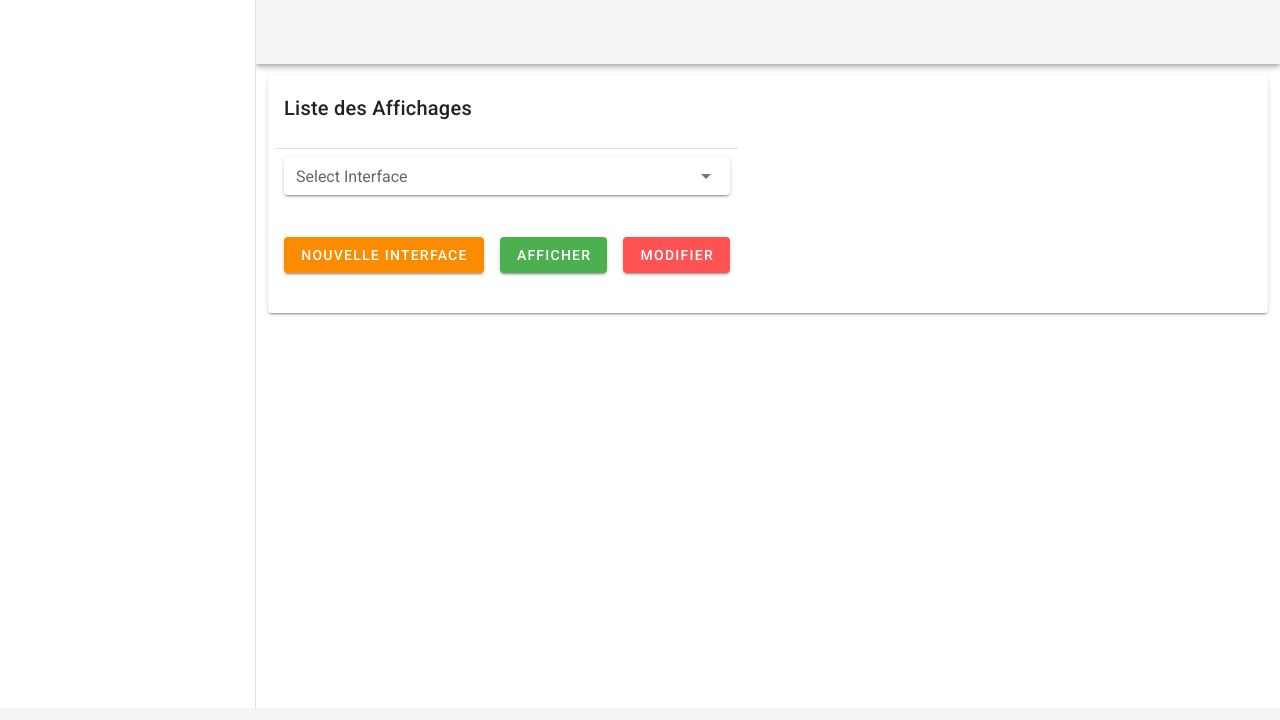
Repository: Hamagistral/BannerApp-Vue
Page: /
The author's editor kept a copy of each file at every save. The page is drawn from the files as they stood at one save, then again after a run of saves.
The browser window is 1280 px wide. The pictures show the whole page.
The project was rebuilt for these pictures with package versions that can differ from the ones it lists, and the page was loaded fresh each time. Also part of the build but not shown: vue.config.js. Imported but missing from the stored project, and not drawn on this page: src/DynamicPage.vue.

Above is the page before, as saved 2023-02-07 01:11:23.

After the next 3 saves:
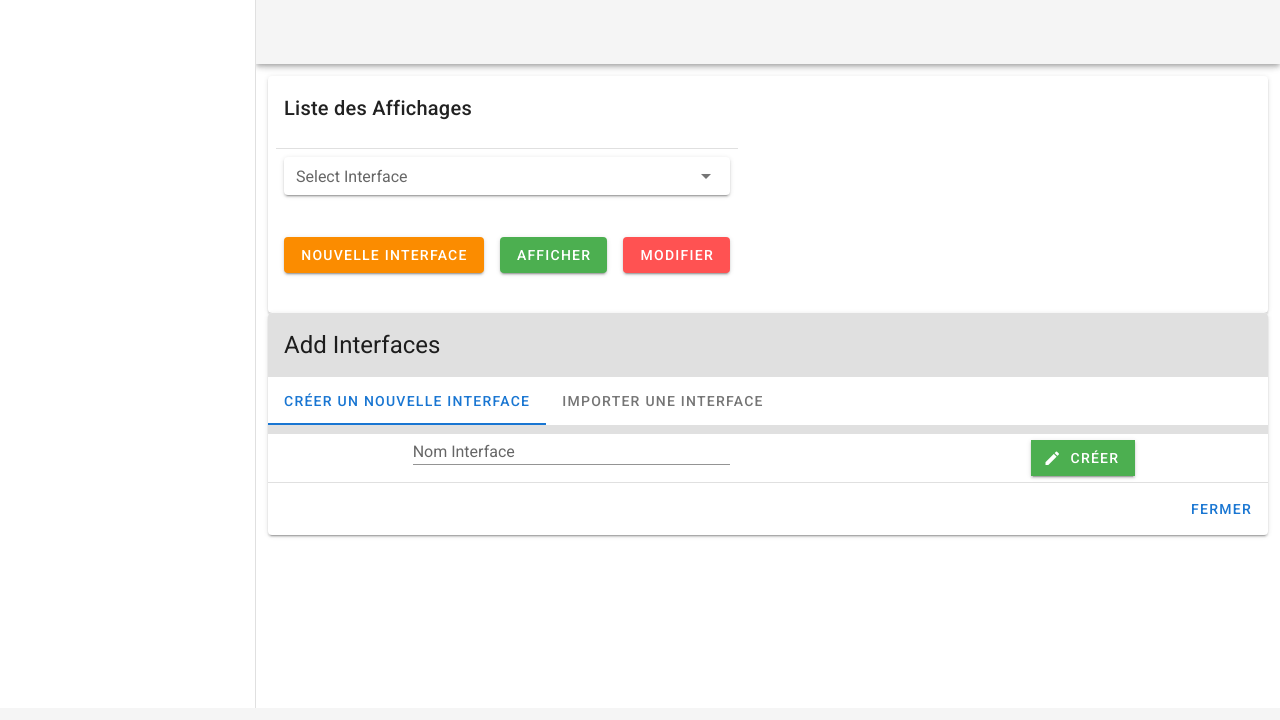
The 3 saves are shown as one change because 1 did not build or start and some came seconds apart.
The last was saved 49 s later.
--- a/src/Home.vue
+++ b/src/Home.vue
@@ -1,7 +1,7 @@
 <template>
   <div class="text-center">
-    <v-dialog v-model="dialog" width="800" persistent>
-      <template v-slot:activator="{ on, attrs }">
+
+      <template>
         <v-card class="mx-auto">
             <v-card-title color="warning" text>Liste des Affichages</v-card-title >
 

After the 4 saves that followed:
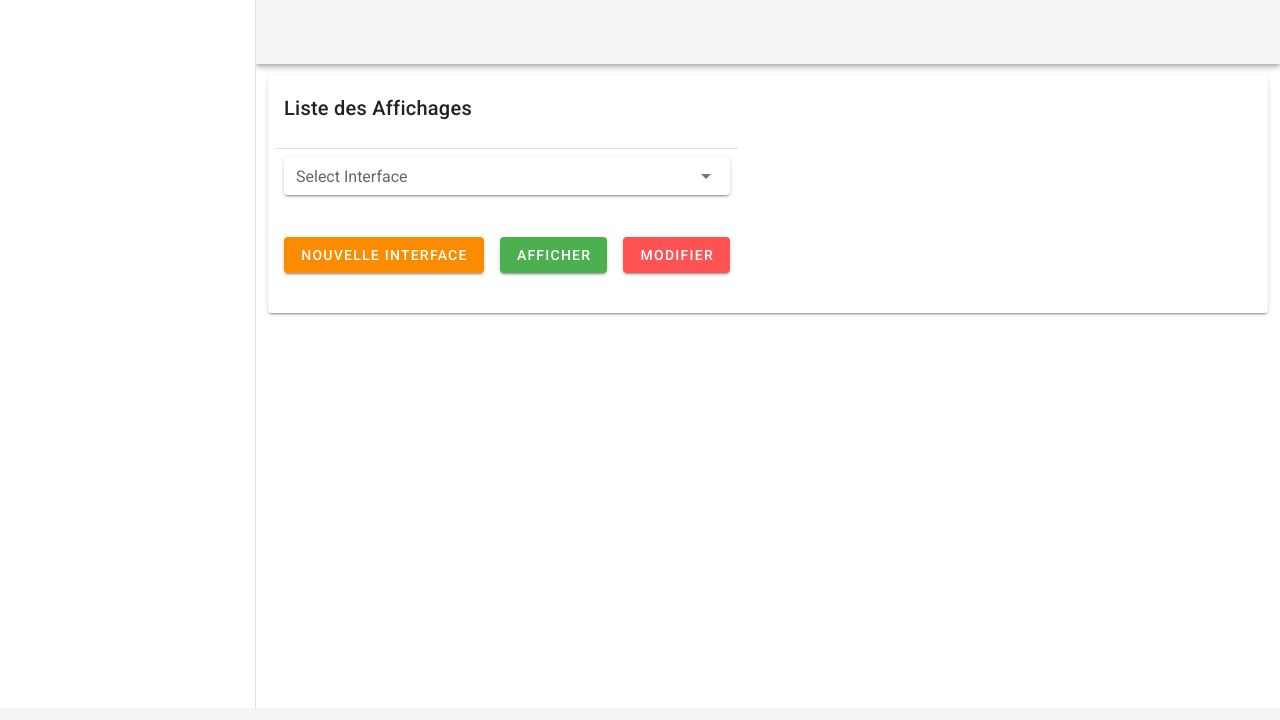
The 4 saves are shown as one change because they came seconds apart.
The last was saved 10 s later.
--- a/src/Home.vue
+++ b/src/Home.vue
@@ -1,7 +1,7 @@
 <template>
   <div class="text-center">
-
-      <template>
+    <v-dialog v-model="dialog" persistent>
+      <template v-slot:activator="{ on, attrs }">
         <v-card class="mx-auto">
             <v-card-title color="warning" text>Liste des Affichages</v-card-title >
 
